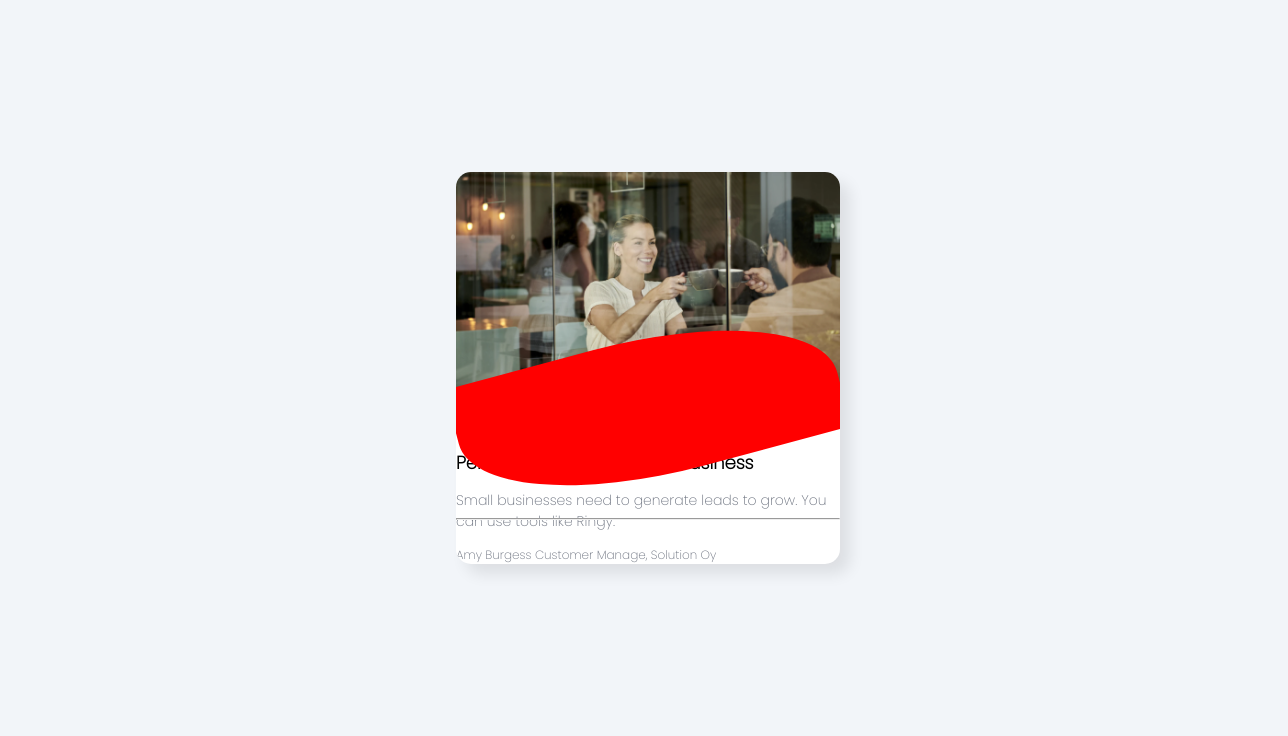
Repository: massndongo/business-blog-card
Page: index.html
An editor plug-in stored every save of this project. The page is shown before and after the next save, followed by the edit.
The browser window is 1280 px wide. The page is 1288 px wide, so the pictures cover 1288 px, including what lies to the right of the window. The pictures show the whole page.

Above is the page before, as saved 2023-11-08 04:21:19.

After the next save:
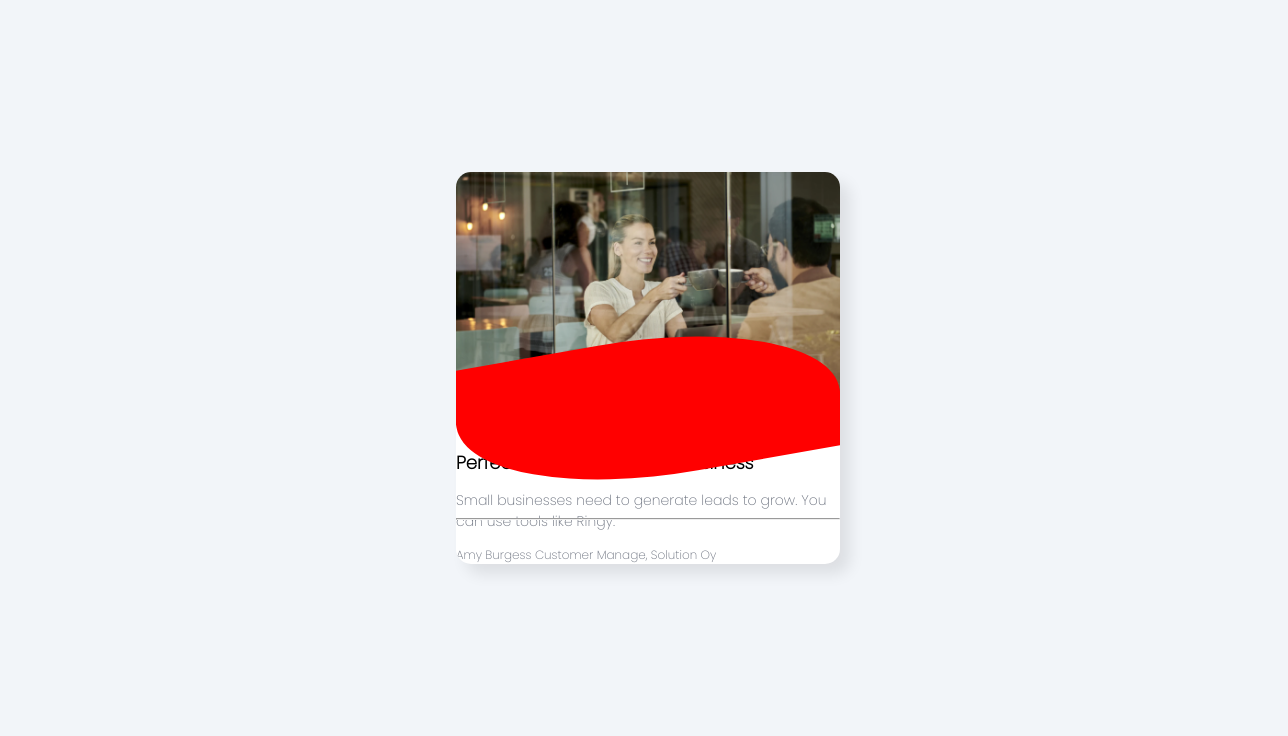
Saved 4 s later.
--- a/css/styles.css
+++ b/css/styles.css
@@ -35,7 +35,7 @@
     background-color: red;
     border-radius: 0 60% 0;
     position: absolute;
-    transform: rotate(-15deg);
+    transform: rotate(-10deg);
     bottom: 22%;
     left: 0;
     right: 0;

After the save that followed:
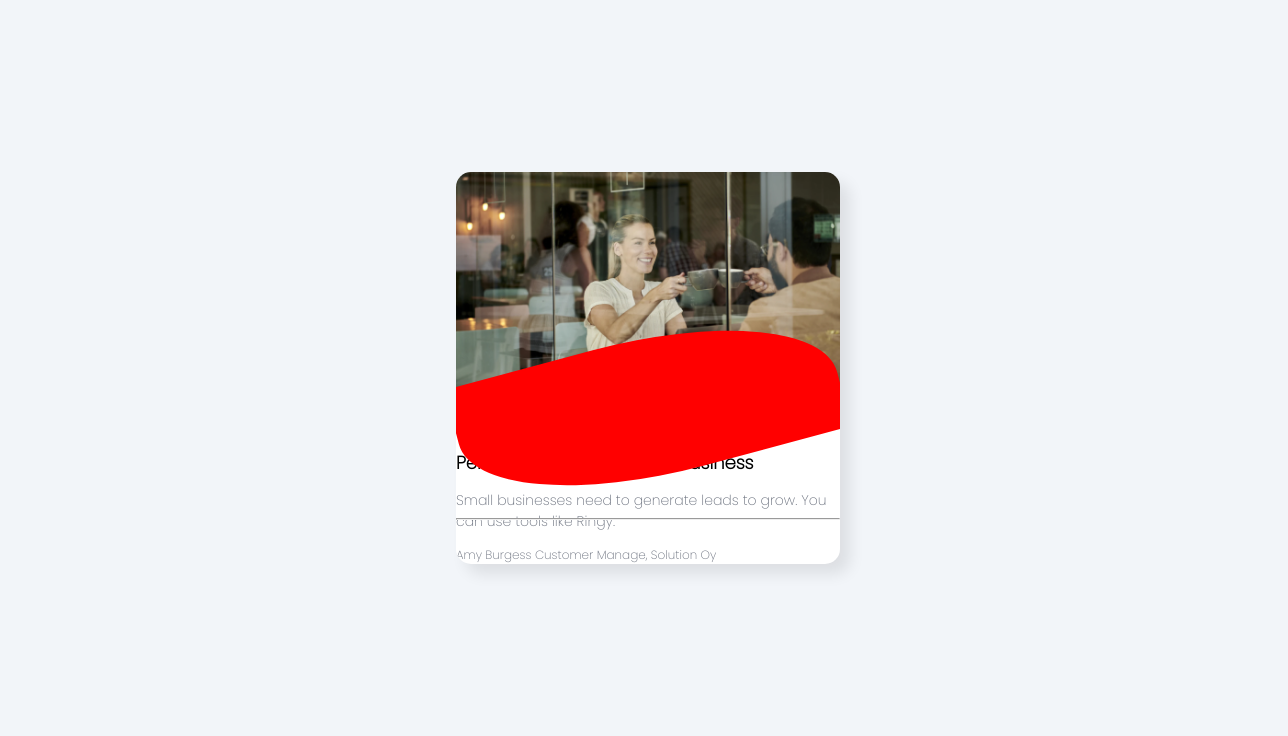
Saved 5 s later.
--- a/css/styles.css
+++ b/css/styles.css
@@ -35,7 +35,7 @@
     background-color: red;
     border-radius: 0 60% 0;
     position: absolute;
-    transform: rotate(-10deg);
+    transform: rotate(-15deg);
     bottom: 22%;
     left: 0;
     right: 0;
